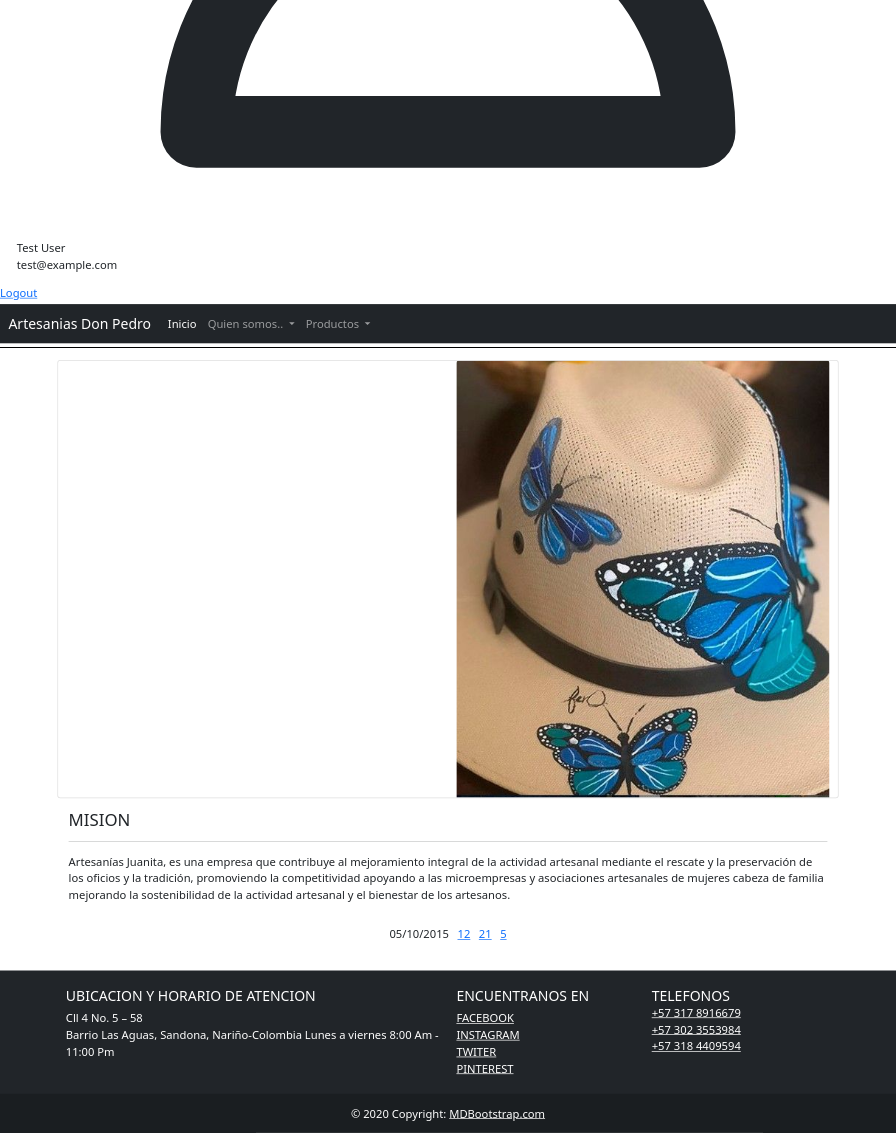
Repository: PG210/taller_artesania
Page: http://localhost/arte/mision
An editor plug-in stored every save of this project. The page is shown before and after the next save, followed by the edit.
The browser window is 1280 px wide. The pictures show the part of the page from y = 2409 to 4329 px (the page is 4027 px tall before and 4329 px after), at 70% of full size.
Pictures or frames that could not be fetched are drawn as grey boxes. The page is served by the project's Laravel application, run on PHP 8.4 with Laravel 8. A made-up administrator, Test User (test@example.com), is signed in.

Above is the page before, as saved 2021-01-14 16:00:30.

After the next save:
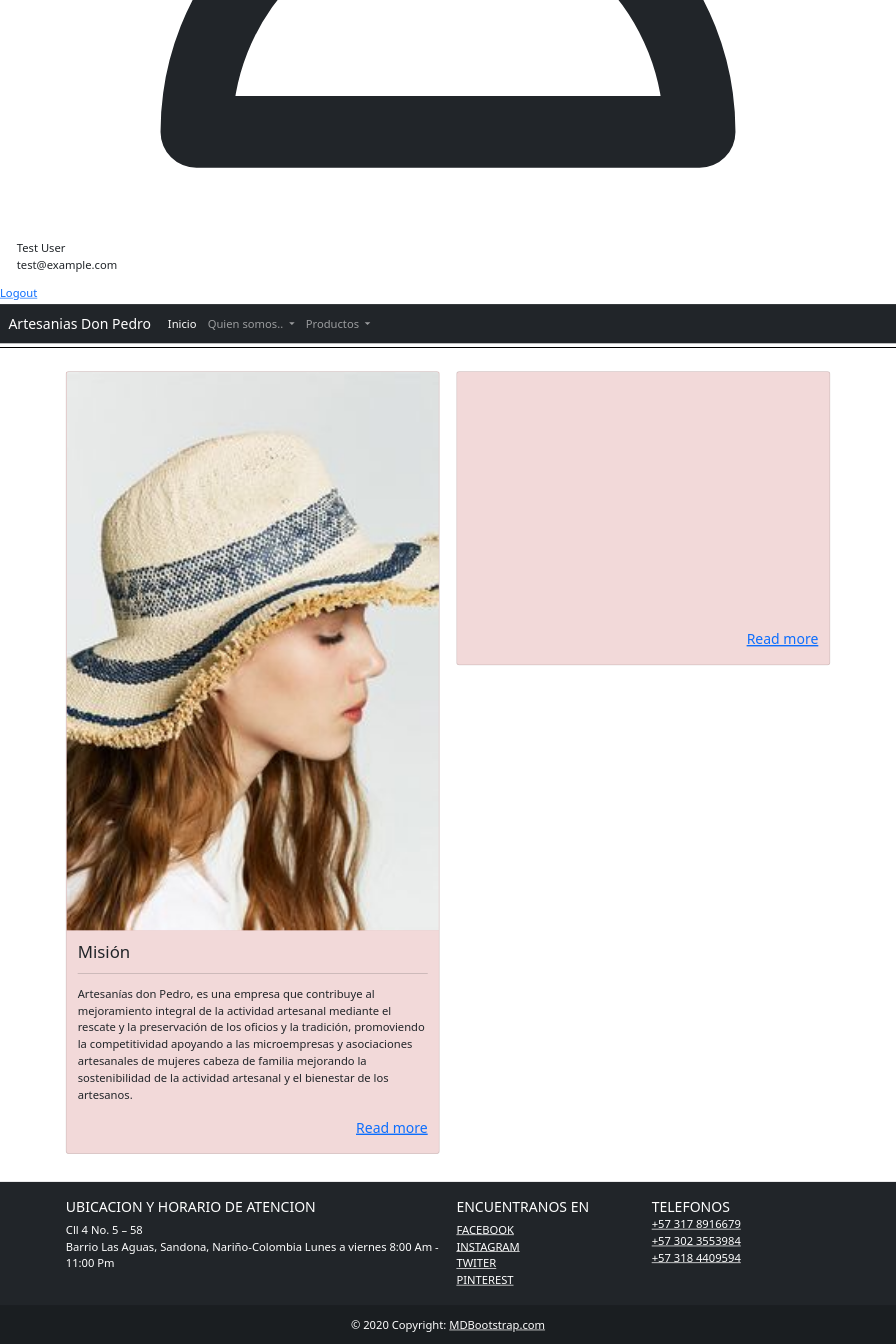
Saved 2 min 4 s later.
--- a/resources/views/arte/mision.blade.php
+++ b/resources/views/arte/mision.blade.php
@@ -1,63 +1,94 @@
  @extends('layouts.app') @section('content')
+<div class="container">
 
-<!-- Card -->
-<div class="card">
+    <div class="row">
 
-    <!-- Card image -->
-    <div class="container">
+        <!--tarjeta 1-->
+
+        <div class="col-lg-6">
+
+            <p>
+                <!-- Card Dark -->
+                <div class="card" style=" background-color: rgba(230, 179, 179, 0.5)">
+
+                    <!-- Card image -->
+                    <div class="view overlay" style=" background-color: rgba(230, 179, 179, 0.5)">
+                        <img class="card-img-top" src="../img/1.jpg" alt="Card image cap">
+                        <a>
+                            <div class="mask rgba-white-slight"></div>
+                        </a>
+                    </div>
+
+                    <!-- Card content -->
+                    <div class="card-body elegant-color white-text rounded-bottom">
+
+                        <!-- Social shares button -->
+
+                        <!-- Title -->
+                        <h4 class="card-title">Misión</h4>
+                        <hr class="hr-light">
+                        <!-- Text -->
+                        <p class="card-text white-text mb-4">
 
 
-        <div class="row">
+                            Artesanías don Pedro, es una empresa que contribuye al mejoramiento integral de la actividad artesanal mediante el rescate y la preservación de los oficios y la tradición, promoviendo la competitividad apoyando a las microempresas y asociaciones artesanales
+                            de mujeres cabeza de familia mejorando la sostenibilidad de la actividad artesanal y el bienestar de los artesanos.
+                        </p>
+                        <!-- Link -->
+                        <a href="#!" class="white-text d-flex justify-content-end">
+                            <h5>Read more <i class="fas fa-angle-double-right"></i></h5>
+                        </a>
 
-            <!--tarjeta 1-->
+                    </div>
 
-            <div class="col-lg-6">
-                <br>
-                <div class="view overlay ">
-                    <video loop="true " muted autoplay width="530 " height="300 ">
-                    <source src='{{url("/img/video.mp4")}}' type="video/mp4 " alt="Card image cap ">
+                </div>
+                <!-- Card Dark -->
+            </p>
+        </div>
+        <!--tarjeta 1-->
 
-                <a>
-                    <div class="mask " style=" background-color: rgba(230, 179, 179, 0.5) "></div>
-                </a>
-            </div>
+        <div class="col-lg-6">
+
+            <p>
+                <!-- Card Dark -->
+                <div class="card " style=" background-color: rgba(230, 179, 179, 0.5) ">
+
+                    <!-- Card image -->
+                    <div class="container">
+                        <br>
+                        <div class="view overlay ">
+                            <video loop="true " muted autoplay width="530 " height="300 ">
+                                <source src="../img/video.mp4 " type="video/mp4 " alt="Card image cap ">
+                            <a>
+                                <div class="mask " style=" background-color: rgba(230, 179, 179, 0.5) "></div>
+                            </a>
+                        </div>
+                        </div>
+                        <!-- Card content -->
+                        <div class="card-body elegant-color white-text rounded-bottom ">
+
+                            <!-- Social shares button -->
+
+                            <!-- Title -->
+
+
+                            <!-- Text -->
+                            <p class="card-text white-text mb-4 ">
+
+                                <div class="view overlay " style=" background-color: rgba(230, 179, 179, 0.5) ">
 
             </div>
-            <div class="col-lg-6">
-                <img class="card-img-top" src={{url("/img/6.jpg")}} alt="Card image cap">
+            </p>
+            <!-- Link -->
+            <a href="#! " class="white-text d-flex justify-content-end ">
+                <h5>Read more <i class="fas fa-angle-double-right "></i></h5>
+            </a>
 
-            </div>
-            </div>
-    </div>
-</div>
-
-
-        <!-- Button -->
-
-
-        <!-- Card content -->
-        <div class="card-body">
-
-            <!-- Title -->
-            <h4 class="card-title">MISION</h4>
-            <hr>
-            <!-- Text -->
-
-            Artesanías Juanita, es una empresa que contribuye al mejoramiento integral de la actividad artesanal mediante el rescate y la preservación de los oficios y la tradición, promoviendo la competitividad apoyando a las microempresas y asociaciones artesanales de mujeres cabeza de familia mejorando la sostenibilidad de la actividad artesanal y el bienestar de los artesanos.
-        </div>
-
-        <!-- Card footer -->
-        <div class="rounded-bottom mdb-color lighten-3 text-center pt-3">
-            <ul class="list-unstyled list-inline font-small">
-                <li class="list-inline-item pr-2 white-text"><i class="far fa-clock pr-1"></i>05/10/2015</li>
-                <li class="list-inline-item pr-2"><a href="#" class="white-text"><i
-                class="far fa-comments pr-1"></i>12</a></li>
-                <li class="list-inline-item pr-2"><a href="#" class="white-text"><i class="fab fa-facebook-f pr-1">
-              </i>21</a></li>
-                <li class="list-inline-item"><a href="#" class="white-text"><i class="fab fa-twitter pr-1"> </i>5</a></li>
-            </ul>
         </div>
 
     </div>
-    <!-- Card -->
+    <!-- Card Dark -->
+    </p>
+    </div>
+    </div>
     @stop
